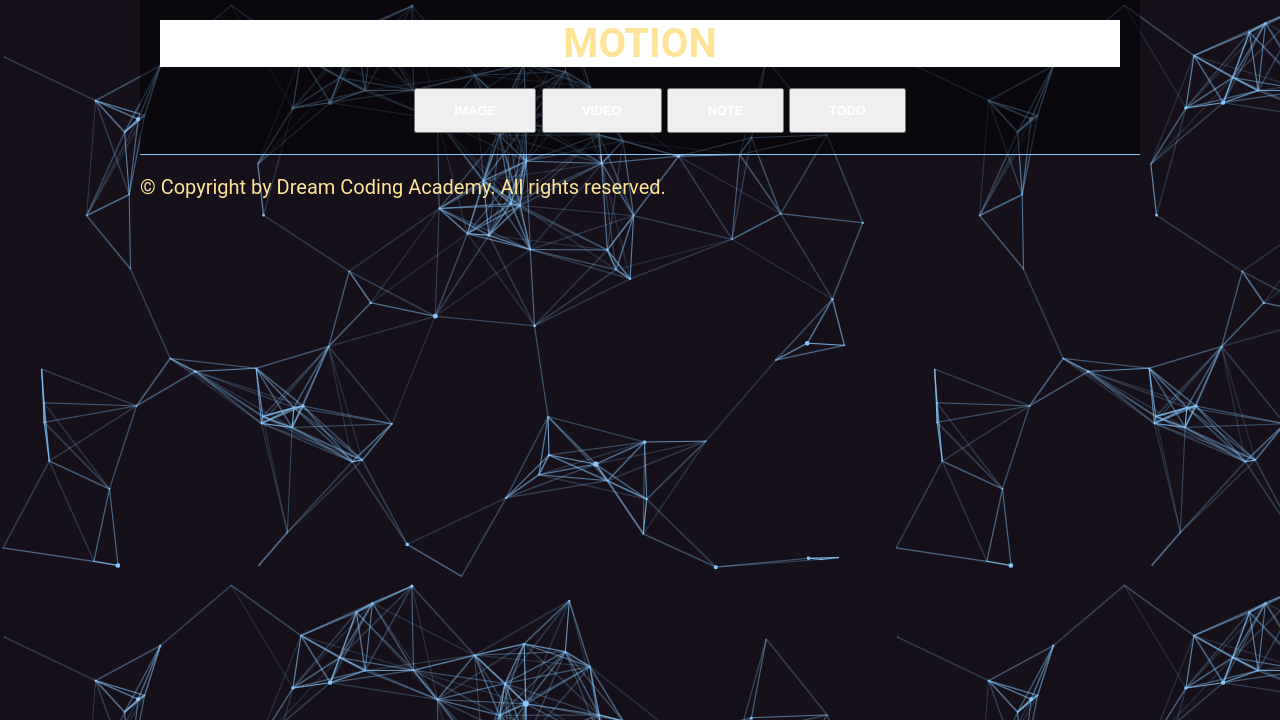
Repository: chefkuna/Motion
Page: index.html
These files come from the project's save history. The page is drawn as it stood at one moment and after the next save; the edit follows.
The browser window is 1280 px wide. The pictures show the whole page.

Above is the page before, as saved 2022-08-21 14:45:58.

After the next save:
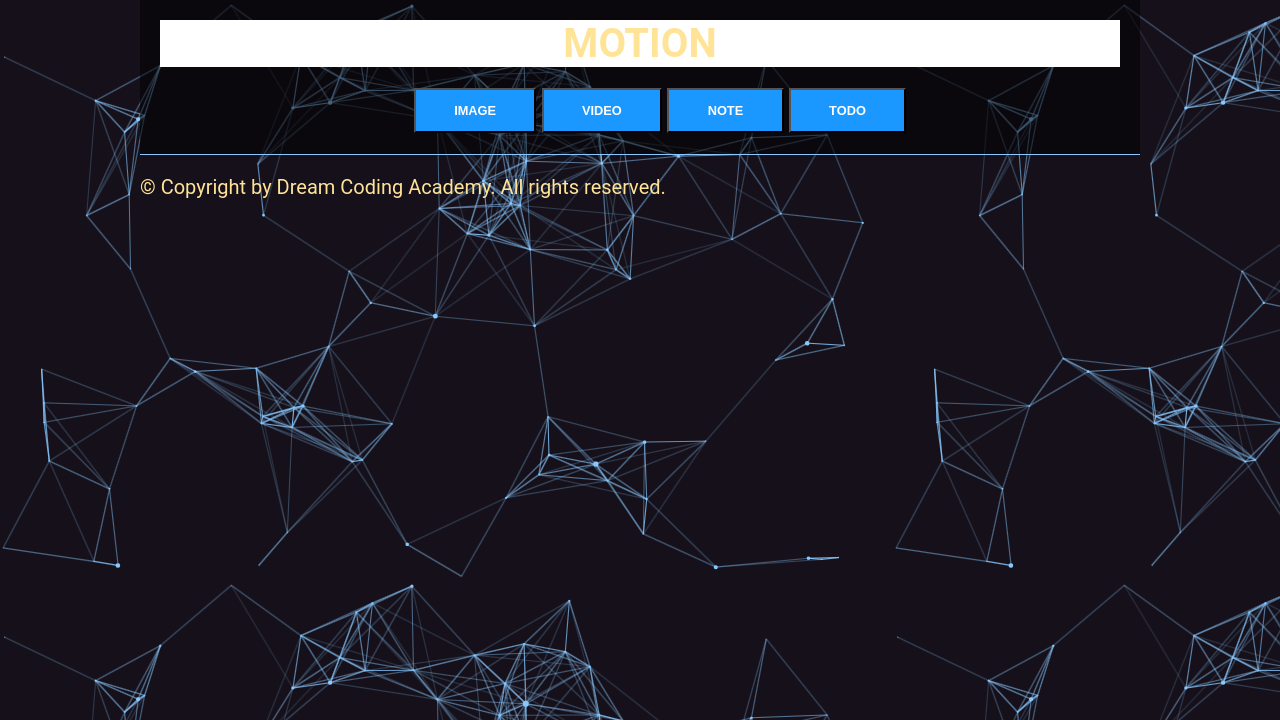
Saved 10 s later.
--- a/style/style.css
+++ b/style/style.css
@@ -71,4 +71,5 @@ body {
   font-weight: 600;
   font-size: 0.8rem;
   color: white;
+  background-color: var(--accent-color);
 }
